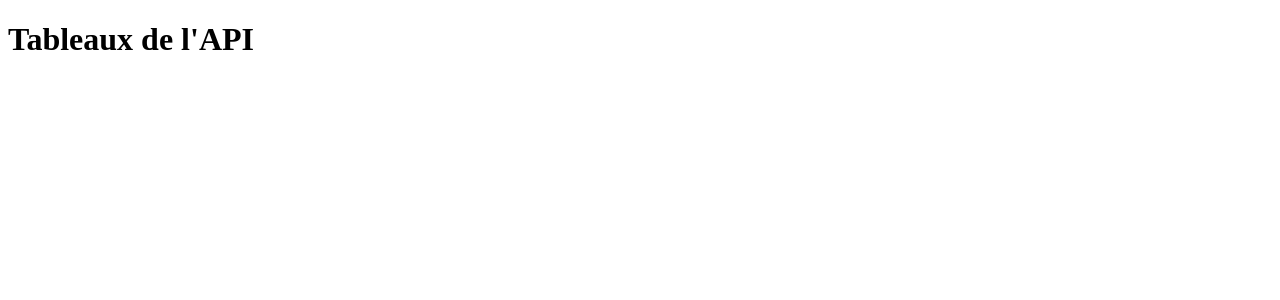
Repository: Dispasim/API2
Page: http://localhost/test3/
The author's editor kept a copy of each file at every save. The page is drawn from the files as they stood at one save, then again after the next save.
The browser window is 1280 px wide. The pictures show the whole page.
The page is served by the project's application, run on Django 4.2 (manage.py). Other server files are loaded and not shown.

Above is the page before, as saved 2023-11-16 01:02:16.

### templates/projet/test3.html
<!DOCTYPE html>
<html lang="en">
<head>
  <meta charset="UTF-8">
  <title>Afficher des tableaux provenant d'une API</title>
</head>
<body>
  <h1>Tableaux de l'API</h1>
  <div id="tableaux"></div>

  <script>
    function afficherTableaux(tableaux) {
      const tableauxDiv = document.getElementById('tableaux');
      tableauxDiv.innerHTML = ''; // Effacer le contenu précédent

      if (tableaux.length === 0) {
        tableauxDiv.innerHTML = 'Aucun tableau disponible.';
        return;
      }

      const ul = document.createElement('ul');

      tableaux.forEach((tableau, index) => {
        const li = document.createElement('li');
        li.textContent = `Tableau ${index + 1}: ${JSON.stringify(tableau)}`;
        ul.appendChild(li);
      });

      tableauxDiv.appendChild(ul);
    }

    function envoyerTexteAPI() {
      const texte = document.getElementById('textToSend').value;
      const data = { text: texte };

      fetch('http://127.0.0.1:8000/api/transform', {
        method: 'POST',
        headers: {
          'Content-Type': 'application/json'
        },
        body: JSON.stringify(data)
      })
      .then(response => {
        if (response.ok) {
          return response.json();
        }
        throw new Error('Échec de la requête');
      })
      .then(data => {
        console.log('Données reçues de l\'API :', data);
        afficherTableaux(data); // Appel de la fonction pour afficher les tableaux
      })
      .catch(error => {
        console.error('Erreur :', error);
        // Gérer les erreurs d'envoi
      });
    }
  </script>
</body>
</html>

### core/urls.py

from django.contrib import admin
from django.urls import path, include

urlpatterns = [
    path('admin/', admin.site.urls),
    path('',include('projet.urls', namespace='projet')),
    path('api/',include('projet_api.urls', namespace='projet_api'))
]

### projet/urls.py
from django.urls import path
from django.views.generic import TemplateView
from .views import test
from .views import create_subtrade

app_name = 'projet'

urlpatterns = [

    #path('test/',TemplateView.as_view(template_name="projet/test.html")),
    path("test/", test, name="index"),
    path('', create_subtrade, name='create_subtrade'),
    path('test2/',TemplateView.as_view(template_name="projet/test2.html")),
    path('test3/',TemplateView.as_view(template_name="projet/test3.html")),
]

### projet_api/urls.py
from django.urls import path
from .views import OrderList, OrderDetail,ApplyIaView


app_name = 'projet_api'

urlpatterns = [
    path('<int:pk>/',OrderDetail.as_view(),name='detailcreate'),
    path('',OrderList.as_view(), name='listcreate'),
    path("transform", ApplyIaView.as_view(), name="transform"),
]

After the next save:
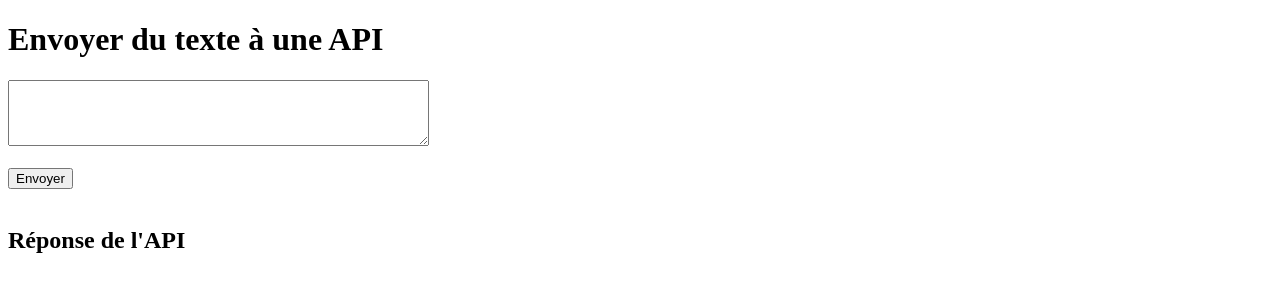
Saved 85 s later.
--- a/templates/projet/test3.html
+++ b/templates/projet/test3.html
@@ -2,38 +2,62 @@
 <html lang="en">
 <head>
   <meta charset="UTF-8">
-  <title>Afficher des tableaux provenant d'une API</title>
+  <title>Envoyer du texte à une API et afficher la réponse</title>
 </head>
 <body>
-  <h1>Tableaux de l'API</h1>
-  <div id="tableaux"></div>
+  <h1>Envoyer du texte à une API</h1>
+  <textarea id="textToSend" rows="4" cols="50"></textarea><br><br>
+  <button onclick="envoyerTexteAPI()">Envoyer</button><br><br>
+
+  <h2>Réponse de l'API</h2>
+  <div id="responseTable"></div>
 
   <script>
-    function afficherTableaux(tableaux) {
-      const tableauxDiv = document.getElementById('tableaux');
-      tableauxDiv.innerHTML = ''; // Effacer le contenu précédent
+    function afficherReponse(reponse) {
+      const responseTable = document.getElementById('responseTable');
+      responseTable.innerHTML = ''; // Effacer le contenu précédent
 
-      if (tableaux.length === 0) {
-        tableauxDiv.innerHTML = 'Aucun tableau disponible.';
+      if (reponse.length === 0) {
+        responseTable.innerHTML = 'Aucune donnée disponible.';
         return;
       }
 
-      const ul = document.createElement('ul');
+      const table = document.createElement('table');
+      table.border = '1';
 
-      tableaux.forEach((tableau, index) => {
-        const li = document.createElement('li');
-        li.textContent = `Tableau ${index + 1}: ${JSON.stringify(tableau)}`;
-        ul.appendChild(li);
+      // En-tête du tableau avec les clés du premier élément
+      const keys = Object.keys(reponse[0]);
+      const thead = document.createElement('thead');
+      const trHead = document.createElement('tr');
+      keys.forEach(key => {
+        const th = document.createElement('th');
+        th.textContent = key;
+        trHead.appendChild(th);
       });
+      thead.appendChild(trHead);
+      table.appendChild(thead);
 
-      tableauxDiv.appendChild(ul);
+      // Corps du tableau avec les données
+      const tbody = document.createElement('tbody');
+      reponse.forEach(item => {
+        const tr = document.createElement('tr');
+        keys.forEach(key => {
+          const td = document.createElement('td');
+          td.textContent = item[key];
+          tr.appendChild(td);
+        });
+        tbody.appendChild(tr);
+      });
+      table.appendChild(tbody);
+
+      responseTable.appendChild(table);
     }
 
     function envoyerTexteAPI() {
       const texte = document.getElementById('textToSend').value;
       const data = { text: texte };
 
-      fetch('http://127.0.0.1:8000/api/transform', {
+      fetch('http://votre_domaine.com/votre_endpoint', {
         method: 'POST',
         headers: {
           'Content-Type': 'application/json'
@@ -48,7 +72,7 @@
       })
       .then(data => {
         console.log('Données reçues de l\'API :', data);
-        afficherTableaux(data); // Appel de la fonction pour afficher les tableaux
+        afficherReponse(data);
       })
       .catch(error => {
         console.error('Erreur :', error);
